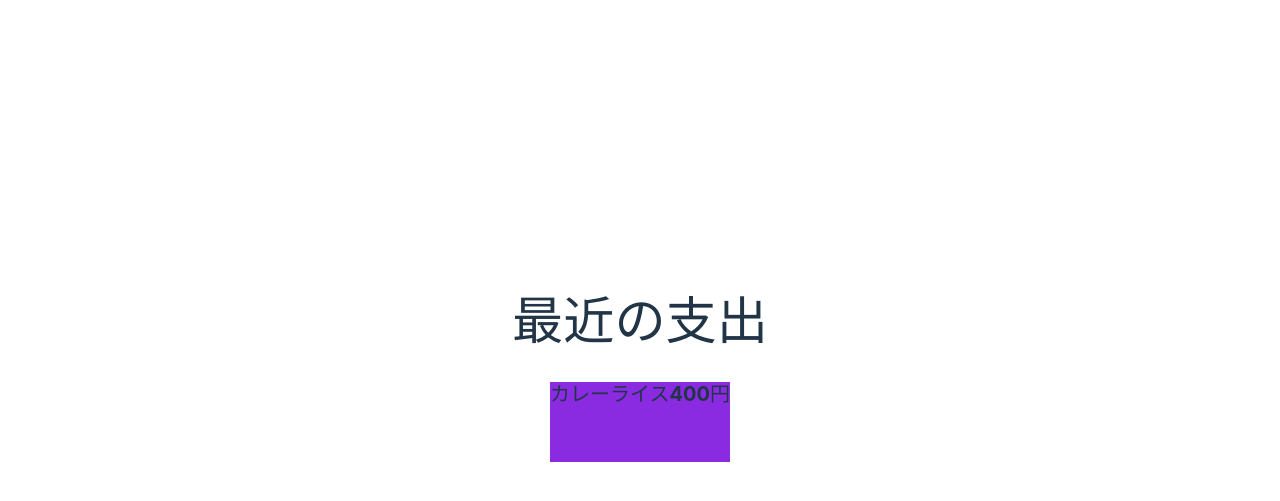
Repository: akiyoshi-takazwa/typescript-and-vue3
Page: /
An editor plug-in stored every save of this project. The page is shown before and after the next save, followed by the edit.
The browser window is 1280 px wide. The pictures show the whole page.
The project was rebuilt for these pictures with package versions that can differ from the ones it lists, and the page was loaded fresh each time. Also part of the build but not shown: vite.config.ts.

Above is the page before, as saved 2022-07-23 18:03:54.

After the next save:
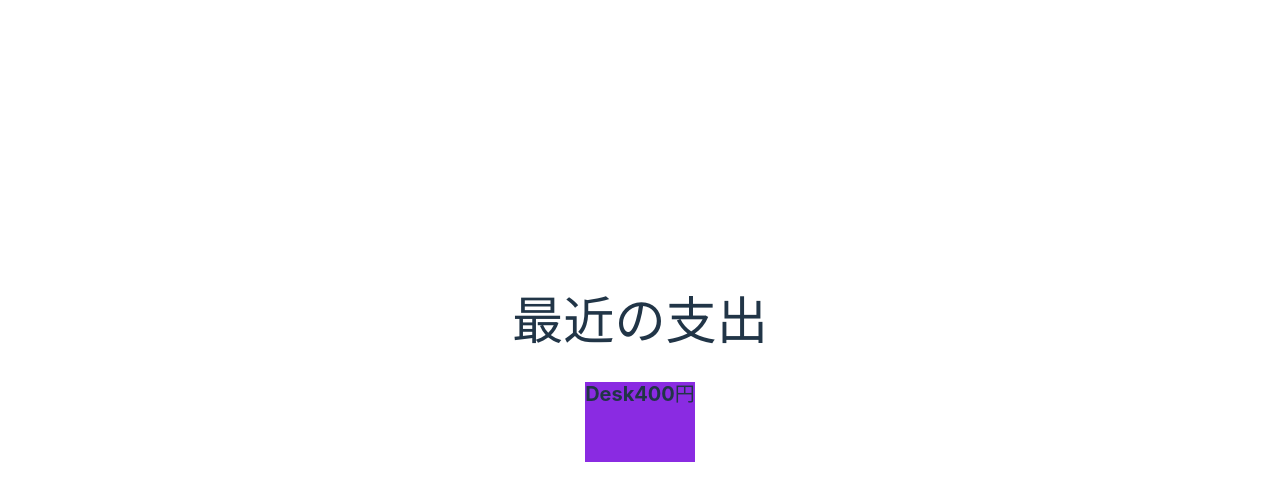
Saved 25 s later.
--- a/src/components/Payment.vue
+++ b/src/components/Payment.vue
@@ -6,7 +6,7 @@
   <div class="container">
     <h1>最近の支出</h1>
     <div class="payment">
-      <label> カレーライス </label>
+      <label> {{ ItemName1 }} </label>
       <label> 400円 </label>
     </div>
   </div>
